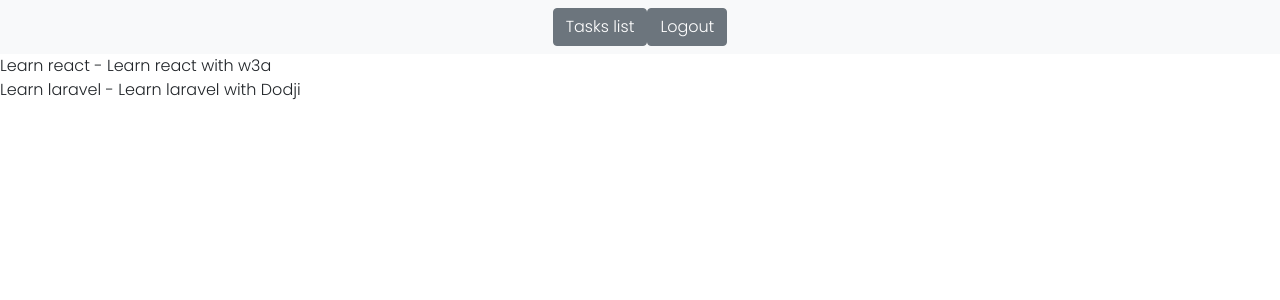
Repository: FS-23/react-task-manager
Page: /tasks/list
An editor plug-in stored every save of this project. The page is shown before and after the next save, followed by the edit.
The browser window is 1280 px wide. The pictures show the whole page.
The page's requests for data from a server got no answer. The project was rebuilt for these pictures with package versions that can differ from the ones it lists, and the page was loaded fresh each time. No one was signed in, and anything a server would have sent is missing. Also part of the build but not shown: src/components/Login.js, src/components/AddTask.js, src/components/TaskDetail.js.

Above is the page before, as saved 2022-05-13 14:59:50.

### public/index.html
<!DOCTYPE html>
<html lang="en">
  <head>
    <meta charset="utf-8" />
    <link rel="icon" href="%PUBLIC_URL%/favicon.ico" />
    <meta name="viewport" content="width=device-width, initial-scale=1" />
    <meta name="theme-color" content="#000000" />
    <meta  name="description" content="Web site created using create-react-app"/>
    <link rel="apple-touch-icon" href="%PUBLIC_URL%/logo192.png" />

    <link rel="manifest" href="%PUBLIC_URL%/manifest.json" />

    <title>React App</title>

    <!-- CSS only -->
   <link href="https://cdn.jsdelivr.net/npm/bootstrap@5.1.3/dist/css/bootstrap.min.css" rel="stylesheet" >
  </head>
  <body>
    <noscript>You need to enable JavaScript to run this app.</noscript>
    <div id="root"></div>


    <!-- JavaScript Bundle with Popper -->
    <script src="https://cdn.jsdelivr.net/npm/bootstrap@5.1.3/dist/js/bootstrap.bundle.min.js"></script>
  </body>
</html>

### src/index.js
import React from 'react';
import ReactDOM from 'react-dom/client';
import './index.css';
import App from './App';
//import 'https://cdn.jsdelivr.net/npm/bootstrap@5.1.3/dist/css/bootstrap.min.css'

const root = ReactDOM.createRoot(document.getElementById('root'));
root.render(
  <React.StrictMode>
    <App />
  </React.StrictMode>
);

// If you want to start measuring performance in your app, pass a function
// to log results (for example: reportWebVitals(console.log))
// or send to an analytics endpoint. Learn more: https://bit.ly/CRA-vitals

### src/index.css

.login-bg {
     background-image: linear-gradient(160deg , red , blue);
}

@font-face {
  font-family: "Poppins";
  src: url(./font/Poppins-Light.ttf);
}

*{
   font-family:  "Poppins" , sans-serif;
}

### src/App.js

import Login from "./components/Login";
import TaskList from "./components/TaskList";
import AddTask from './components/AddTask'
import TaskDetail from "./components/TaskDetail";
import Layout from "./components/Layout";
import TaskLayout from "./components/TaskLayout";

import { BrowserRouter , Routes , Route } from 'react-router-dom'


function App() {
  return (

    <BrowserRouter>
         <Routes>
              <Route path="/login" element={<Login />}></Route>
              <Route path="/" element={<Layout />}>
                  <Route  index element={<TaskLayout/>}></Route>
                   <Route  path="tasks" element={<TaskLayout/>}>
                      <Route index element = {<TaskList/>}></Route>
                      <Route path="list" element = {<TaskList/>}></Route>
                      <Route path=":id" element = {<TaskDetail/>}></Route>
                      <Route path="edit/:id" element = {<AddTask/>}></Route>
                   </Route>
              </Route>
         </Routes>

    </BrowserRouter>

  );
}




export default App;

### src/components/TaskList.js
import { db } from '../firebase-config'
import { collection , getDocs } from 'firebase/firestore'
import { useState , useEffect} from 'react'
function TaskList(){

    let tasksRef = collection(db , 'tasks')
    let [inputs , setInputs] = useState({})
    let tasks = [
         {id: 1 , title: "Learn react" , description: "Learn react with w3a"} ,
         {id: 2 , title: 'Learn laravel' , description: "Learn laravel with Dodji" }
    ]

    function handleOnChange(event){
        let name = event.target.name
        let value = event.target.value

        setInputs(inputs => ({...inputs , [name]: value}))
    }

    function handleOnSubmit(event){
        event.preventDefault();
        console.log('inputs:', inputs)
    }

    function getTasks(){
        getDocs(tasksRef)
         .then(res => {
             let list = res.docs.map( item => ({...item.data() , id: item.id}))
             console.log('list:', list)
         })
         .catch(err => console.log('error:', err))
    }

    useEffect(()=>{
        getTasks()
    })
    return (
        <div>
            {
                tasks.map( (task , index) => (
                    <div key={index}>
                        {task.title} - {task.description}
                    </div>
                ))
            }


        </div>
    )
}

export default TaskList

### src/components/Layout.js
import { Link, Outlet } from "react-router-dom";

function Layout(){
    return (
        <div>
            <div className="text-center bg-light p-2">
                <Link className="btn btn-secondary" to="/tasks/list">Tasks list</Link>
                <Link className="btn btn-secondary" to="/login">Logout</Link>
            </div>
            <Outlet />
        </div>

    )
}

export default Layout

### src/components/TaskLayout.js
import { Outlet } from "react-router-dom";

function TaskLayout(){
    return (
        <div>
            <Outlet />
        </div>
    )
}

export default TaskLayout

### src/firebase-config.js
import { initializeApp } from "firebase/app";
import { getFirestore } from '@firebase/firestore'

const firebaseConfig = {
  apiKey: "AIzaSyD5rTrE9gHlZjhMAg4WTwj3vbyKvT4yrpo",
  authDomain: "fs-23-taskmanager.firebaseapp.com",
  projectId: "fs-23-taskmanager",
  storageBucket: "fs-23-taskmanager.appspot.com",
  messagingSenderId: "409848607226",
  appId: "1:409848607226:web:1000e7ce8565398a1c7443",
  measurementId: "G-2303C3SQ8G"
};

// Initialize Firebase
const app = initializeApp(firebaseConfig);

export const db = getFirestore(app)

After the next save:
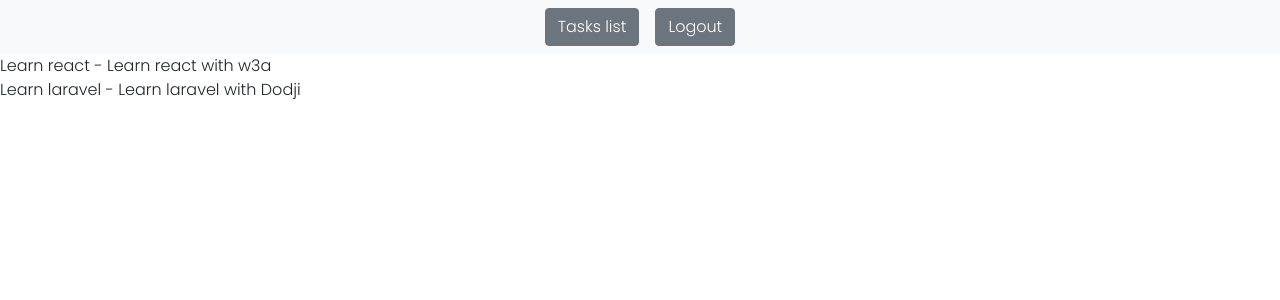
Saved 7 s later.
--- a/src/components/Layout.js
+++ b/src/components/Layout.js
@@ -5,7 +5,7 @@ function Layout(){
         <div>
             <div className="text-center bg-light p-2">
                 <Link className="btn btn-secondary" to="/tasks/list">Tasks list</Link>
-                <Link className="btn btn-secondary" to="/login">Logout</Link>
+                <Link className="btn btn-secondary ms-3" to="/login">Logout</Link>
             </div>
             <Outlet />
         </div>
